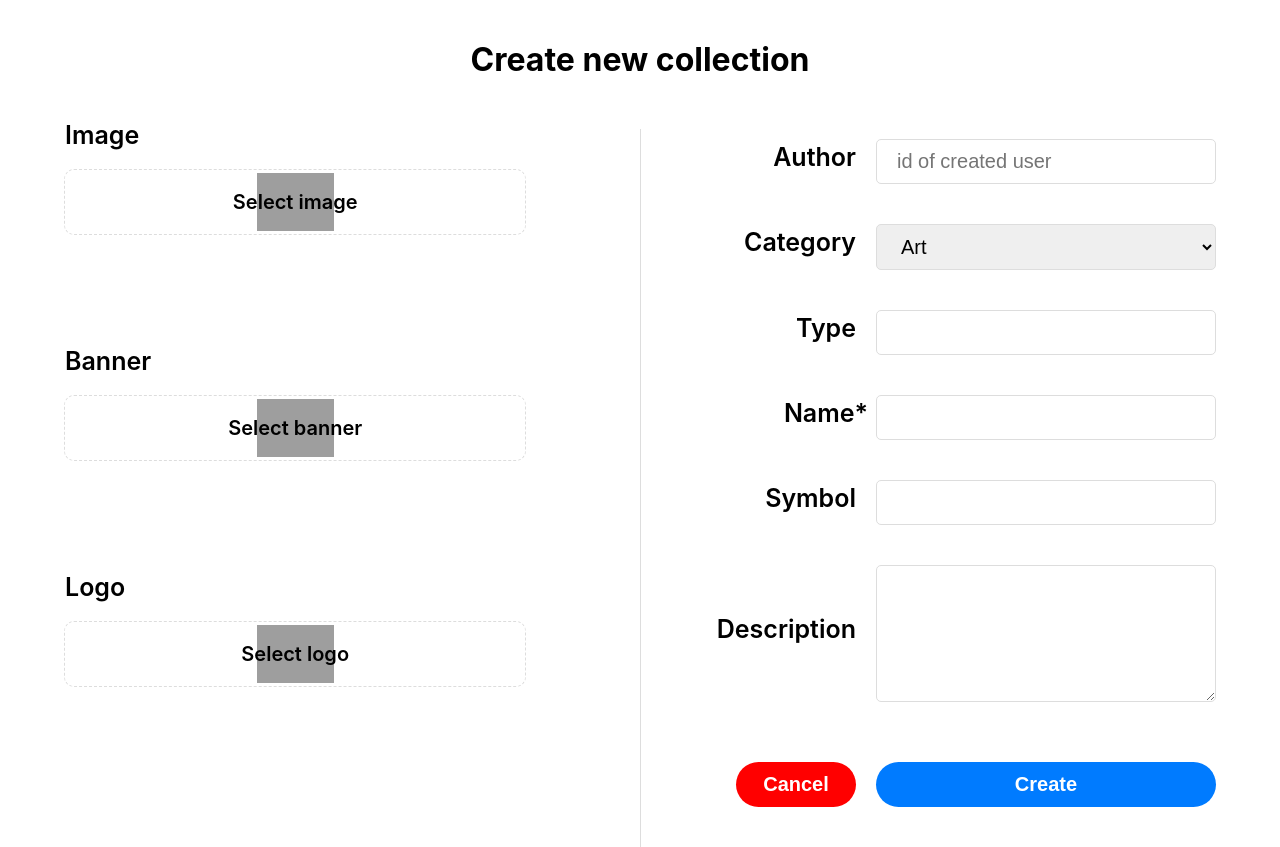
Repository: superHotBob/admin_nftillion
Page: /createcollection
The author's editor kept a copy of each file at every save. The page is drawn from the files as they stood at one save, then again after the next save.
The browser window is 1280 px wide. The pictures show the whole page.
Pictures or frames that could not be fetched are drawn as grey boxes. The project was rebuilt for these pictures with package versions that can differ from the ones it lists, and the page was loaded fresh each time. Also part of the build but not shown: src/components/Login/styles.scss, src/components/Login/index.js, src/components/NavPanel/styles.scss, src/components/NavPanel/index.js, src/components/Users/index.js, src/components/Collections/index.js, src/components/Categories/index.js, src/components/PremintedCollections/index.js and 1 more.

Above is the page before, as saved 2022-05-01 12:46:35.

### src/index.js
import React from "react";
import ReactDOM from "react-dom/client";
import "./index.css";
import { BrowserRouter } from "react-router-dom";
import "./index.css";
import App from "./App";

import reportWebVitals from "./reportWebVitals";

const root = ReactDOM.createRoot(document.getElementById("root"));
root.render(
  <React.StrictMode>
    <BrowserRouter>
      <App />
    </BrowserRouter>
  </React.StrictMode>
);

// If you want to start measuring performance in your app, pass a function
// to log results (for example: reportWebVitals(console.log))
// or send to an analytics endpoint. Learn more: https://bit.ly/CRA-vitals
reportWebVitals();

### src/App.js
import * as React from "react";
import { Routes, Route } from "react-router-dom";
import { LogIn } from "./components/Login";
import { Users } from "./components/Users";
import './App.css';
import { Collections } from "./components/Collections";
import { Categories } from "./components/Categories";
import { Create } from "./components/CreateCollection";
import { PremintedCollections } from "./components/PremintedCollections";
import { CreateCategories } from "./components/CreateCategories";

function App() {
  return (
    <div className="App">
    <Routes>
        <Route path="/" element={<LogIn />} />
        <Route path="users" element={<Users />} />
        <Route path="collections" element={<Collections />} />
        <Route path="categories" element={<Categories />} />
        <Route path="premintedcollections" element={<PremintedCollections />} />
        <Route path="createcollection" element={<Create />} />
        <Route path="createcategory" element={<CreateCategories />} />
      </Routes>
    </div>
  );
}

export default App;

### src/App.css
.App {
  text-align: center;
}
body {
  background-color: linear-gradient(0deg, rgba(29, 0, 126, 0.87), rgba(29, 0, 126, 0.87)), linear-gradient(180deg, #312293 0%, rgba(177, 70, 193, 0) 100%)
}
@import url('https://fonts.googleapis.com/css2?family=Public+Sans:wght@400;500&family=Roboto:ital,wght@0,500;1,400&display=swap');
.App-logo {
  height: 40vmin;
  pointer-events: none;
}

@media (prefers-reduced-motion: no-preference) {
  .App-logo {
    animation: App-logo-spin infinite 20s linear;
  }
}

### src/components/CreateCollection/index.js
import * as React from "react";
import { Link } from "react-router-dom";
import { useForm } from "react-hook-form";

import "./styles.scss";
import axios from "axios";

export const Create = () => {
  // const [author, setAuthor] = React.useState("");
  // const [category, setCategory] = React.useState("");
  // const [type, setType] = React.useState("");
  // const [nameCollection, setNameCollection] = React.useState("");
  // const [symbol, setSymbol] = React.useState("");
  // const [description, setDescription] = React.useState("");

  const [imageCollection, selectImageCollection] = React.useState();
  const [bannerCollection, selectBannerCollection] = React.useState();
  const [logoCollection, selectLogoCollection] = React.useState();

  const {
    register,
    handleSubmit,
    formState: { errors },
  } = useForm();

  const viewImage = async (event) => {
    let file = event.target.files[0];
    const reader = new FileReader();
    reader.onloadend = function () {
      selectImageCollection(reader.result);
    };
    reader.readAsDataURL(file);
  };
  const viewBanner = async (event) => {
    let file = event.target.files[0];
    const reader = new FileReader();
    reader.onloadend = function () {
      selectBannerCollection(reader.result);
    };
    reader.readAsDataURL(file);
  };
  const viewLogo = async (event) => {
    let file = event.target.files[0];
    const reader = new FileReader();
    reader.onloadend = function () {
      selectLogoCollection(reader.result);
    };
    reader.readAsDataURL(file);
  };
  async function onSubmit(data) {
    const form = new FormData();
    const metadata = {
      name: data.nameCollection,
      symbol: data.symbol,
      description: data.description,
    };
    form.append("author", Number(data.author));
    form.append("type", Number(data.type));
    form.append("category", Number(data.Category));
    form.append("metadata", JSON.stringify(metadata));
    form.append("image", data.image[0]);
    form.append("logo", data.banner[0]);
    form.append("banner", data.logo[0]);

    console.log(data.image[0]);
    const res = await axios
      .post("https://app.nftillion.io/admin/collection/create", form, {
        headers: {
          "Content-Type": "multipart/form-data",
          Authorization: `Bearer ${localStorage.getItem("accessToken")}`,
        },
      })
      .then((res) => res.json());

    alert(JSON.stringify(`${res.message}, status: ${res.status}`));
  }
  return (
    <>
      <h1 className="header">Create new collection</h1>
      <form onSubmit={handleSubmit(onSubmit)} className="main_block_create">
        <div className="image_block" style={{ marginTop: 40 }}>
          <div
            className="image"
            style={{
              height: imageCollection ? "300px" : "auto",
              background: `url(${imageCollection}) center / auto 90% no-repeat`,
            }}
          >
            {imageCollection && (
              <img
                src="/icon_close.png"
                alt="close"
                height={25}
                width={25}
                style={{ float: "right", margin: 10, cursor: "pointer" }}
                onClick={() => selectImageCollection()}
              />
            )}
            {!imageCollection && (
              <label>
                Select image
                <input
                  type="file"
                  style={{ display: "none" }}
                  {...register("image", {
                    onChange: (e) => viewImage(e)
                  })}
                  accept="image/png, image/gif, image/webp, image/jpeg, video/mp4,audio/mp3"
                />
              </label>
            )}
          </div>
          <div
            className="banner"
            style={{
              height: bannerCollection ? "300px" : "auto",
              background: `url(${bannerCollection}) center / auto 90% no-repeat`,
            }}
          >
            {" "}
            {bannerCollection && (
              <img
                src="/icon_close.png"
                alt="close"
                height={25}
                width={25}
                style={{ float: "right", margin: 10, cursor: "pointer" }}
                onClick={() => selectBannerCollection()}
              />
            )}
            {!bannerCollection && (
              <label>
                Select banner
                <input
                  type="file"
                  style={{ display: "none" }}
                  {...register("banner", { onChange: (e) => viewBanner(e) })}
                  accept="image/png, image/gif, image/webp, image/jpeg, video/mp4,audio/mp3"
                />
              </label>
            )}
          </div>
          <div
            className="logo"
            style={{
              height: logoCollection ? "50px" : "auto",
              background: `url(${logoCollection}) center / auto 90% no-repeat`,
            }}
          >
            {" "}
            {logoCollection && (
              <img
                src="/icon_close.png"
                alt="close"
                height={25}
                width={25}
                style={{ float: "right", margin: 10, cursor: "pointer" }}
                onClick={() => selectLogoCollection()}
              />
            )}
            {!logoCollection && (
              <label>
                Select logo
                <input
                  type="file"
                  style={{ display: "none" }}
                  {...register("logo", { onChange: (e) => viewLogo(e) })}
                  accept="image/png, image/gif, image/webp, image/jpeg, video/mp4,audio/mp3"
                />
              </label>
            )}
          </div>
        </div>
        <div className="data_block">
          <label>
            Author
            <input
              type="text"
              pattern="[0-9]+"
              placeholder="id of created user"
              name="author"
              // value={author}
              {...register("author")}
              // onChange={(e) => setAuthor(e.target.value)}
            />
          </label>
          <label>
            Category
            <select {...register("Category")}>
              <option value='1'>Art</option>
              <option value='2'> Music</option>
              <option value='3'> Sports</option>
            </select>
          </label>
          <label>
            Type
            <input
              type="text"
              name="type"
              pattern="[0-9]+"
              // value={type}
              {...register("type")}
              // onChange={(e) => setType(e.target.value)}
            />
          </label>
          <label>
            Name*
            <input
              type="text"
              name="name"
              required
              style={{ marginLeft: 8 }}
              // value={nameCollection}
              {...register("nameCollection")}
              // onChange={(e) => setNameCollection(e.target.value)}
            />
          </label>
          <label>
            Symbol
            <input
              type="text"
              name="symbol"
              // value={symbol}
              {...register("symbol")}
              // onChange={(e) => setSymbol(e.target.value)}
            />
          </label>
          <label>
            Description
            <textarea
              rows={5}
              name="description"
              // value={description}
              {...register("description")}
              // onChange={(e) => setDescription(e.target.value)}
            />
          </label>
          <label>
            <Link to="/premintedcollections">
              <button className="cancel">Cancel</button>
            </Link>
            <button type="submit">Create</button>
          </label>
        </div>
      </form>
    </>
  );
};

### src/components/Users/styles.scss
.header {
  color: #000;
  padding: 20px 50px;
  margin: 0;
  border-bottom: 1px solid black;
  text-align: center;
}
.header_users {
  margin: 0;
  color:#fff;
  font: 400 30px/100px 'Roboto', sans-serif ;


}
.mainblockuser, .header_users {

  background: rgba(29, 0, 126);
}
header,
.data {
  display: flex;
  box-sizing: border-box;
  justify-content: space-between;
  font-size: 20px;
  border-top: 1px solid #E3E5E5;
  margin: 0 auto;
  background-color: #fff;
  text-align: center;
  align-items: center;
  span,
  label {
    width: 12%;
    display: inline-block;
  }
}
section {
  width: 1240px;
  margin: 0 auto;
  padding: 0 20px;
  box-sizing: border-box;
  background-color: #fff;
}
header {
  border: none;
  width: 1240px;
  font: 600 16px/24px 'Public Sans', sans-serif;
  padding: 20px;
}
header span:first-of-type {
  text-align: left;
}
.block_view {
  position: fixed;
  top: 20vh;
  padding: 20px;
  right: 40vw;
  width: 20vw;
  height: auto;
  transition: all 0.5s;
  background-color: #fff;
  box-shadow: 0 0px 8px 0px rgba(34, 60, 80, 0.2);
}
.block_hide {
  position: fixed;
  top: 20vh;
  transition: all 0.5s;
  right: 40vw;
  opacity: 0;
  overflow: hidden;
  width: 20vw;
  height: auto;
  background-color: #fff;
  box-shadow: 0 0px 8px 0px rgba(34, 60, 80, 0.2);
}
button {
  height: 45px;
  width: 65%;
  font-size: 20px;
  border-radius: 30px;
  cursor: pointer;
  font-weight: 600;
  color: #fff;
  border: none;
  outline: none;
}
button:first-of-type {
  background-color: red;
  width: 30%;
}
button:last-of-type {
  background-color: #007bff;
}
button:hover {
  opacity: 0.7;
  border-color: rgba(200, 255, 255, 1);
}
.block_button {
  display: flex;
  margin-top: 30px;
  justify-content: space-around;
}
.data_edit {
  span {
    display: block;
    font-size: 20px;
    margin: 20px;
  }
}
.header_edit {
  padding-bottom: 30px;
  font-size: 25px;
  border-bottom: 1px solid #000;
}

input[type="checkbox"] {
  width: 25px;
  height: 25px;
  margin: 0 20px;
}
textarea {
  width: 90%;
  padding: 10px 20px;
  outline: none;
  font-size: 20px;
  display: block;
}
span:first-of-type {
  font: 500 20px/25px 'Roboto' , sans-serif;
  text-align: left;
}
b {
  font-size: 30px;
  margin: 0 10px 30px;
  display: block;
}
span img {
  margin-left: 0;
  vertical-align: middle;
  opacity: 0;
  padding: 3px;
  float: right;
  border: 1px solid white;
}
span:hover img {
  opacity: 1;
  cursor: pointer;
}
img:active {
  border: 1px solid blue;
}

@media screen and (max-width: 1450px){
      .data span,header{
        font-size: 16px;
      }
      p.data {
        padding: 10px 0;
      }
     .data span:first-of-type {
       font-size: 13px;
     }

}
@media screen and (max-width: 550px){
  .header_users {
    padding: 0;
    margin: 0;
  }
  .mainblockuser {
    width: 100vw;
    overflow: scroll;
  }
  header,.data {
    width: 1000px;
  }
  .block_view {
    width: 84vw;
    left: 10px;
  }
  p.data {
    padding: 5px 0;
  }

}

### src/components/Collections/styles.scss
.data {
    padding: 20px 0;
    margin: 0;
}
.right_block_view {
    position: fixed;
    top: 0;
    padding: 20px;
    right: 0;
    width: 400px;
    height: 100vw;
    transition: all 0.5s;
    background-color: #fff;
    box-shadow: -7px 0px 8px 0px rgba(34, 60, 80, 0.2);
}
.right_block_hide {
    position: fixed;
    top: 0;
    transition: all 0.5s;
    right: -401px;
    width: 400px;
    height: 100vw;
    background-color: #fff;
    box-shadow: -7px 0px 8px 0px rgba(34, 60, 80, 0.2);
}
button {
    height: 45px;
    width: 65%;
    font-size: 20px;
    border-radius: 30px;
    cursor: pointer;
    font-weight: 600;
    color: #fff;
    border: none;
    outline: none;

}
button:first-of-type {
    background-color: red;
    width: 30%;
}
button:last-of-type {
    background-color: #007bff;
}
button:hover {
    opacity: 0.7;
    border-color: #f9f9ff;

}
.block_button {
    display: flex;
    margin-top: 30px;
    justify-content: space-around;
}
.data_edit {
    span {
        display: block;
        font-size: 18px;
        margin: 20px 0;
    }
}
.header_edit {
    padding-bottom:  30px;
    font-size: 25px;
    border-bottom: 1px solid #000;
}

input[type='checkbox'] {
    width: 25px;
    height: 25px;
    margin: 0 20px;
}

### src/components/Categories/styles.scss
.main_categories {
  b {
    width: 30%;
    padding: 0 20px 10px;
    line-height: 35px;
    border: 1px solid #ddd;
    margin: 40px auto 0;
    font-weight: 400;
    color: #fff;
    background-color: red;
  }
  .image {
    display: inline-block;
    height: 70px;
    background-position: center;
    background-repeat: no-repeat;
    background-size: cover;
  }
  .data:hover {
    background-color: #ddd;
    cursor: pointer;
  }
}
a {
  text-decoration: none;
}
@media screen and (max-width: 550px) {
  .mainblock_categories .data,
  .mainblock_categories .header_categories {
    width: 100vw;
  }
  .data_categories .data, .header_categories {
    width: 100%;
  }
  .main_categories b {
    width: 80%;
    margin: 0 auto;
  }
  .mobile span {
    width: 22%;
  }
  .header {
    margin: 0;
  }
}

### src/components/CreateCollection/styles.scss
.main_block_create {
  display: flex;
  justify-content: space-between;
  width: 70vw;
  margin: 0 auto;

  .image_block {
    width: 50%;
    height: auto;
    .image,
    .banner,
    .logo {
      width: 80%;
      height: auto;
      border-radius: 10px;
      margin-bottom: 160px;
      border: 1px dashed #ddd;
      position: relative;
    }
    *::before {
      position: absolute;
      top: -50px;
      left: 0;
      font-size: 25px;
      font-weight: 600;
    }
    .image::before {
      content: "Image";
    }
    .logo::before {
      content: "Logo";
    }
    .banner::before {
      content: "Banner";
    }
    label {
      font-size: 20px;
      font-weight: 600;
      margin: 20px auto;
      width: 40%;
      display: block;
      cursor: pointer;
    }
  }
  .data_block {
    width: 50%;
    height: auto;
    border-left: 1px solid #ddd;
    label,
    legend {
      display: flex;
      justify-content: right;
      font-size: 25px;
      margin: 0 auto 30px;
      width: 100%;
      align-items: center;
      text-align: left;
      font-weight: 600;
      input,
      textarea,
      select {
        display: block;
        border-radius: 5px;
        box-sizing: border-box;
        padding: 10px 20px;
        border: 1px solid #ddd;
        width: 340px;
        font-size: 20px;
        margin: 10px 0 0 20px;
        outline: none;
      }
    }
    .buttons {
      display: flex;
      justify-content: right;
      text-align: right;
    }
    button {
      width: 340px;
      margin-top: 30px;
    }
    .cancel {
      width: 120px;
      margin-right: 20px;
      background-color: red;
    }
  }
}
.header {
  margin: 20px 0 30px;
  border: none;
}
@media screen and (max-width: 1300px) {
  .main_block_create {
    width: 90%;
  }
}
@media screen and (max-width: 550px) {
  .header {
    font-size: 25px;
  }
  .main_block_create {
    display: flex;
    justify-content: space-between;
    flex-direction: column;
    width: 100vw;
    margin: 0 auto;

    .image_block,
    .data_block {
      width: 100vw;
    }
    .image_block .image,
    .image_block .banner,
    .image_block .logo {
      width: 95%;
      margin: 0 auto 50px;
    }
    .data_block label {
      font-size: 16px;
      width: 98%;
      input,
      textarea {
        width: 250px;
        margin-right: 10px;
      }
    }
  }
}

### src/components/PremintedCollections/styles.scss
.main_categories {
  b {
    width: 30%;
    padding: 0 20px 10px;
    line-height: 35px;
    border: 1px solid #ddd;
    margin: 40px auto 0;
    font-weight: 400;
    color: #fff;
    background-color: red;
  }
  .image {
    display: inline-block;
    height: 70px;
    background-position: center;
    background-repeat: no-repeat;
    background-size: cover;
  }
  .data:hover {
    background-color: #ddd;
    cursor: pointer;
  }
}
a {
  text-decoration: none;
}
@media screen and (max-width: 550px) {
  .mainblock_categories .data,
  .mainblock_categories .header_categories {
    width: 100%;
  }
  .main_categories b {
    width: 80%;
  }
  .mobile span {
    width: 22%;
  }
}

### src/components/CreateCategories/styles.scss
.create_category {
  display: flex;
  justify-content: space-between;
  flex-direction: column;
  width: 50vw;
  margin: 0 auto;
    .image {
      width: 80%;
      height: auto;
      border-radius: 10px;
      margin: 0 auto 160px;
      border: 1px dashed #ddd;
      position: relative;
    }
    *::before {
      position: absolute;
      top: -50px;
      left: 0;
      font-size: 25px;
      font-weight: 600;
    }
    .image::before {
      content: "Image";
    }

    label {
      font-size: 20px;
      font-weight: 600;
      margin: 20px auto;
      width: 40%;
      display: block;
      cursor: pointer;
    }

    label,
    legend {
      display: flex;
      justify-content: center;
      font-size: 25px;
      margin: 0 auto 30px;
      width: 100%;
      align-items: center;
      text-align: left;
      font-weight: 600;
      input,
      textarea {
        display: block;
        border-radius: 5px;
        box-sizing: border-box;
        padding: 10px 20px;
        border: 1px solid #ddd;
        width: 340px;
        font-size: 20px;
        margin: 10px 0 0 20px;
        outline: none;
      }
    }
    .buttons {
      display: flex;
      justify-content: right;
      text-align: right;
    }
    button {
      width: 340px;
      margin-top: 30px;
    }
    .cancel {
      width: 120px;
      margin-right: 20px;
      background-color: red;
    }

}
.header {
  margin: 20px 0 30px;
  border: none;
}
@media screen and (max-width: 1300px) {
  .main_block_create {
    width: 90%;
  }
}
@media screen and (max-width: 550px) {
  .header {
    font-size: 25px;
  }
  .create_category {
    display: flex;
    justify-content: space-between;
    flex-direction: column;
    width: 100vw;
    margin: 0 auto;

    .image_block,
    .data_block {
      width: 100vw;
    }
    .image {
      width: 95%;
      margin: 0 auto 50px;
    }
     label {
      font-size: 16px;
      width: 90%;
      justify-content: right;
      input,
      textarea {
        width: 250px;
        margin-right: 10px;
      }
    }
  }
}

Loaded but not shown: public/index.html (common file); src/index.css (common file); src/reportWebVitals.js (common file)

After the next save:
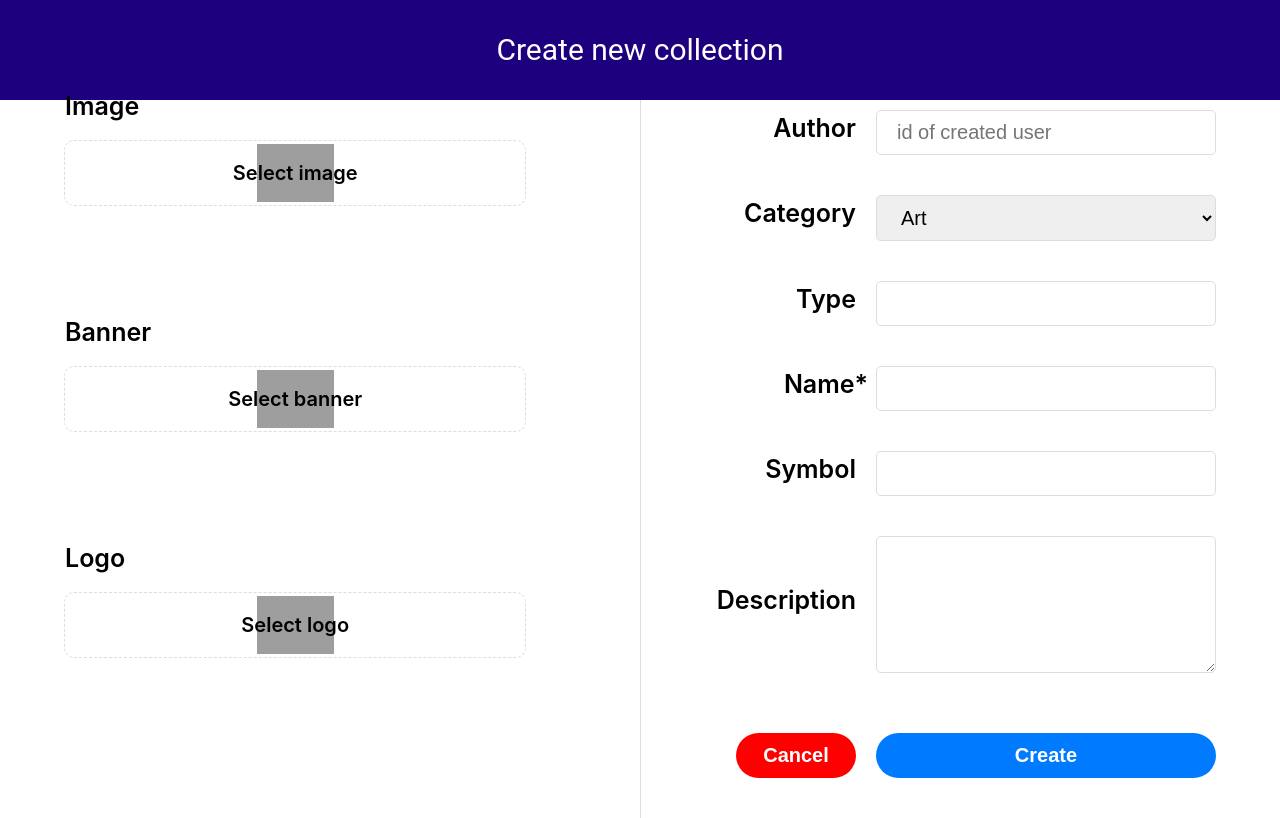
Saved 3 h 59 min later.
--- a/src/components/CreateCollection/index.js
+++ b/src/components/CreateCollection/index.js
@@ -76,7 +76,7 @@ export const Create = () => {
   }
   return (
     <>
-      <h1 className="header">Create new collection</h1>
+      <h1 className="header_users">Create new collection</h1>
       <form onSubmit={handleSubmit(onSubmit)} className="main_block_create">
         <div className="image_block" style={{ marginTop: 40 }}>
           <div
